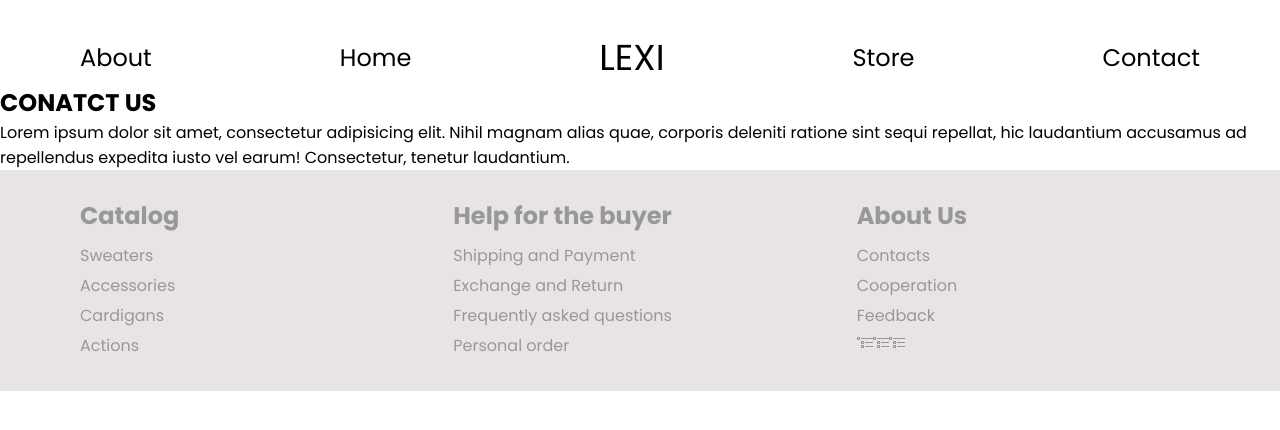
Repository: BuduCE/lexi
Page: /contact
These files come from the project's save history. The page is drawn as it stood at one moment and after a run of saves; the edit follows.
The browser window is 1280 px wide. The pictures show the whole page.
The project was rebuilt for these pictures with package versions that can differ from the ones it lists, and the page was loaded fresh each time. The framework's server and built-in components were replaced by stand-ins that run in the browser. Also part of the build but not shown: nuxt.config.ts, components/CartIcon.vue, components/Icons/Cart.vue, components/Icons/Close.vue, components/Icons/CloseHam.vue, components/Product.vue.

Above is the page before, as saved 2023-05-24 06:32:31.

After the next 2 saves:
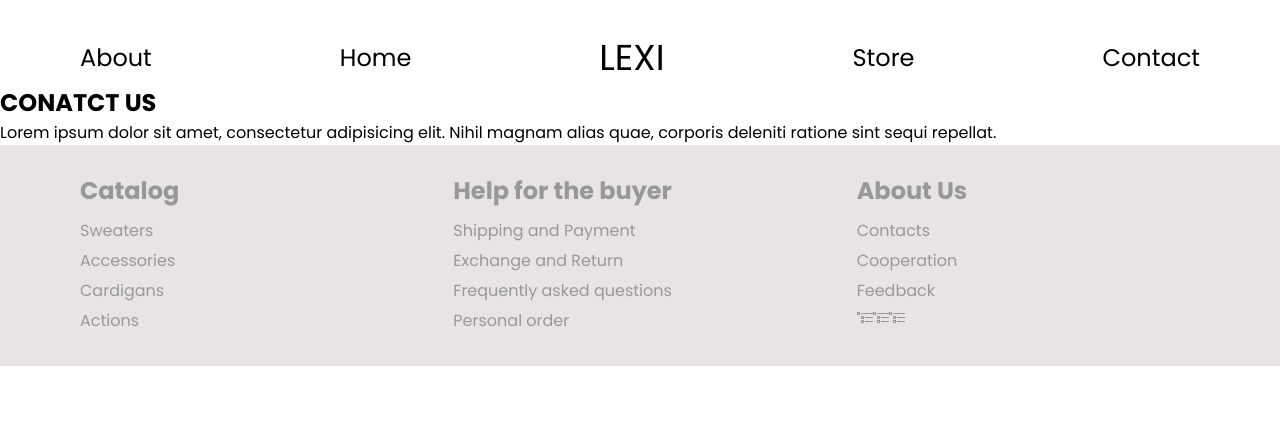
The 2 saves are shown as one change because they came seconds apart.
The last was saved 17 s later.
--- a/pages/contact.vue
+++ b/pages/contact.vue
@@ -3,7 +3,9 @@
 
     <div class="form">
         <h2>CONATCT US</h2>
-        <p>Lorem ipsum dolor sit amet, consectetur adipisicing elit. Nihil magnam alias quae, corporis deleniti ratione sint sequi repellat, hic laudantium accusamus ad repellendus expedita iusto vel earum! Consectetur, tenetur laudantium.</p>
+        <p>Lorem ipsum dolor sit amet, consectetur adipisicing elit. Nihil magnam alias quae, corporis deleniti ratione sint sequi repellat.</p>
+
+
 
     </div>
 
